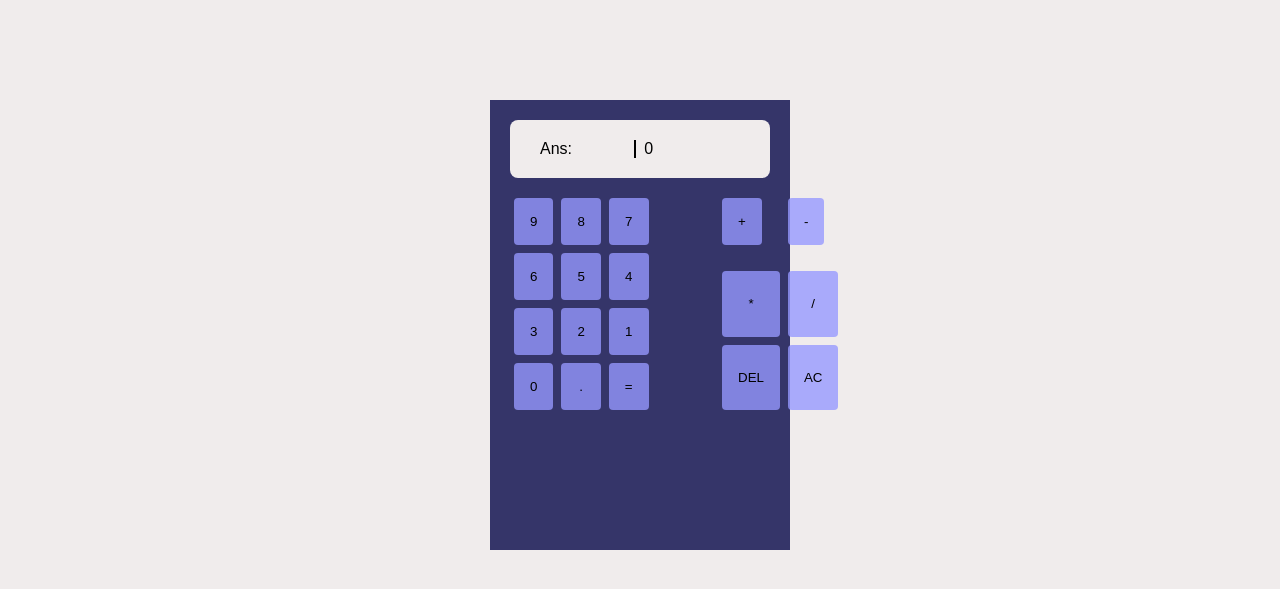
Repository: Bishek666/simple-calculator
Page: /
An editor plug-in stored every save of this project. The page is shown before and after the next save, followed by the edit.
The browser window is 1280 px wide. The pictures show the whole page.
The project was rebuilt for these pictures with package versions that can differ from the ones it lists, and the page was loaded fresh each time.

Above is the page before, as saved 2021-10-26 17:04:28.

### src/index.css
:root {
    --primary: #030546c9;
    --secondary: #9699ffc9;
    --dark: #0908088a;
    --light: rgb(240, 236, 236);
}

* {
    margin: 0;
    padding: 0;
    box-sizing: border-box;
    font-family: sans-serif;
}

body {
    background-color: var(--light);
}

button {
    display: inline-block;
    padding: 1rem;
    margin: 4px;
    background-color: var(--secondary);
    outline: none;
    border: transparent;
    border-radius: 4px;
    cursor: pointer;
}

.container-calculator {
    display: flex;
    flex-direction: column;
    align-items: start;
    justify-content: start;
    background-color: var(--primary);
    height: 450px;
    width: 300px;
    margin: 100px auto;
    padding: 20px;
}

.display-calculation {
    display: flex;
    justify-content: space-between;
    align-items: center;
    padding: 20px 30px;
    width: 100%;
    background-color: var(--light);
    border-radius: 8px;
    margin-bottom: 1rem;
}
.answer-area {
    width: 50%;
    border-right: 2px solid black;
    padding-right: 8px;
    margin-right: 8px;
}
.calculation-area {
    width: 50%;
}

.button-input {
    display: flex;
    justify-content: space-between;
    width: 100%;
}

.digits {
    display: grid;
    grid-template-columns: repeat(3, 1fr);
    width: 40%;
}

.operators {
    display: grid;
    grid-template-columns: repeat(2, 1fr);
    width: 20%;
}

### src/App.js
import { useState } from 'react';

function App() {
    const [calc, setCalc] = useState('');
    const [result, setResult] = useState('');

    const ops = ['/', '*', '+', '-', '.'];

    const updateCalc = (value) => {
        if ((ops.includes(value) && calc && !result === '') || (ops.includes(value) && ops.includes(calc.slice(-1)) && !result === '')) {
            return;
        }
        setCalc(calc + value);

        if (!ops.includes(value)) {
            setResult(eval(calc + value).toString());
        }
    };

    const calculate = () => {
        if (calc) {
            setCalc(eval(calc).toString());
        }

        if (!result && !calc === '') {
            return;
        }
        if (result && !calc) {
            setCalc(result);
        }
    };

    const deleteLastValue = () => {
        if (calc === '') {
            return;
        }

        setCalc(calc.slice(0, -1));
    };

    const resetAll = () => {
        if (calc === '') {
            return;
        }

        setCalc('');
    };

    const addDigits = () => {
        const digits = [];

        for (let i = 1; i < 10; i++) {
            digits.unshift(
                <button onClick={() => updateCalc(i.toString())} key={i}>
                    {i}
                </button>
            );
        }

        return digits;
    };
    return (
        <div className='container-calculator'>
            <div className='display-calculation'>
                <div className='answer-area'>Ans:{result ? <span>({result})</span> : ''}</div>

                <div className='calculation-area'>{calc || '0'}</div>
            </div>
            <div className='button-input'>
                <div className='digits'>
                    {addDigits()}
                    <button onClick={() => updateCalc('0')}>0</button>
                    <button onClick={() => updateCalc('.')}>.</button>
                    <button onClick={calculate}>=</button>
                </div>
                <div className='operators'>
                    <div>
                        <button onClick={() => updateCalc('+')}>+</button>
                    </div>
                    <div>
                        <button onClick={() => updateCalc('-')}>-</button>
                    </div>

                    <button onClick={() => updateCalc('*')}>*</button>
                    <button onClick={() => updateCalc('/')}>/</button>
                    <button onClick={() => deleteLastValue()}>DEL</button>
                    <button onClick={() => resetAll()}>AC</button>
                </div>
            </div>
        </div>
    );
}

export default App;

Loaded but not shown: public/index.html (common file); src/index.js (common file)

After the next save:
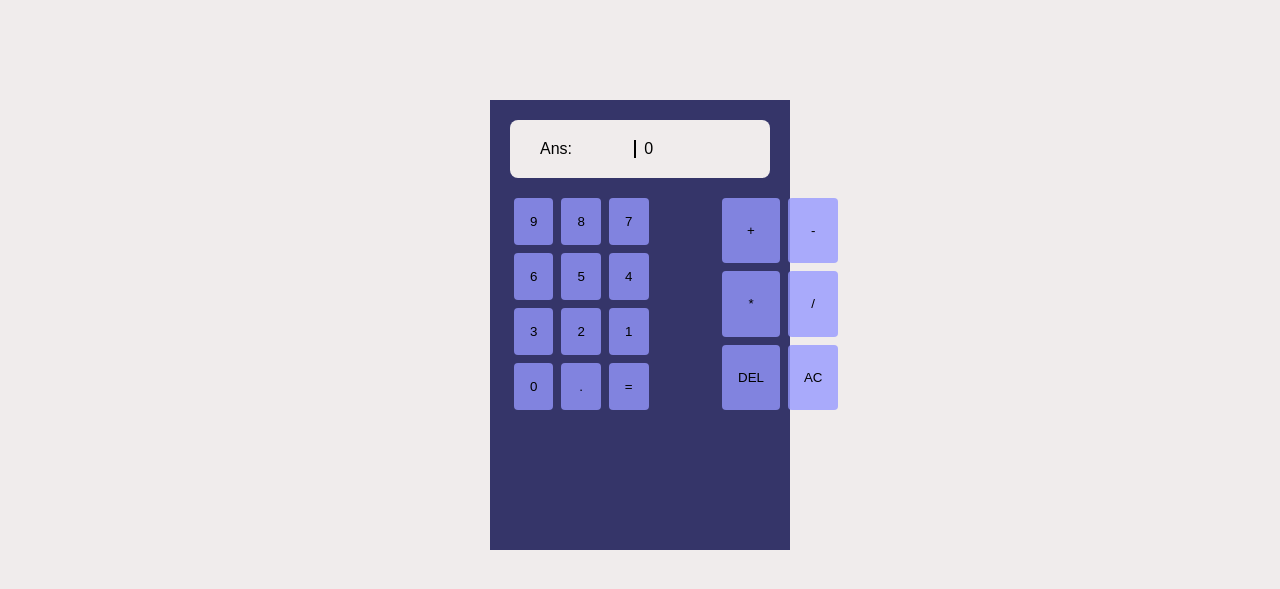
Saved 18 s later.
--- a/src/App.js
+++ b/src/App.js
@@ -74,13 +74,8 @@ function App() {
                     <button onClick={calculate}>=</button>
                 </div>
                 <div className='operators'>
-                    <div>
-                        <button onClick={() => updateCalc('+')}>+</button>
-                    </div>
-                    <div>
-                        <button onClick={() => updateCalc('-')}>-</button>
-                    </div>
-
+                    <button onClick={() => updateCalc('+')}>+</button>
+                    <button onClick={() => updateCalc('-')}>-</button>
                     <button onClick={() => updateCalc('*')}>*</button>
                     <button onClick={() => updateCalc('/')}>/</button>
                     <button onClick={() => deleteLastValue()}>DEL</button>
